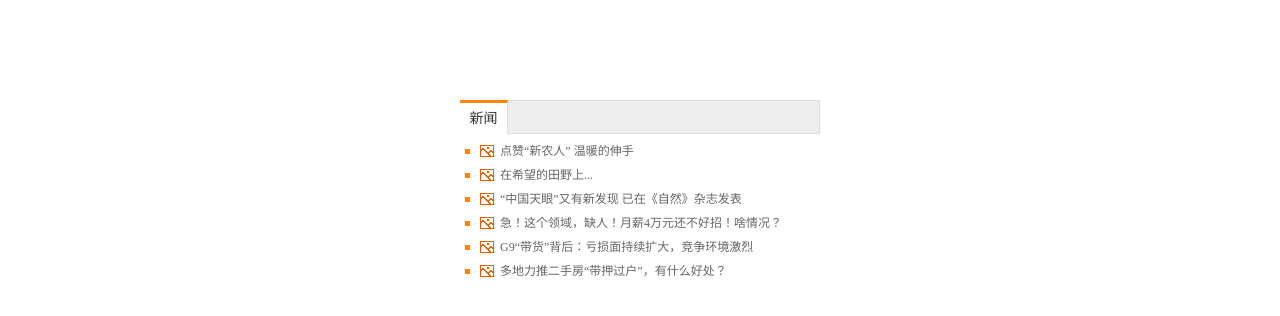
Repository: 2077Alex/Frond_End_Practice
Page: day05/00-课堂作业/20-综合案例二-新闻列表/新闻列表.html
These files come from the project's save history. The page is drawn as it stood at one moment and after the next save; the edit follows.
The browser window is 1280 px wide. The pictures show the whole page.

Above is the page before, as saved 2024-06-05 19:24:33.

After the next save:
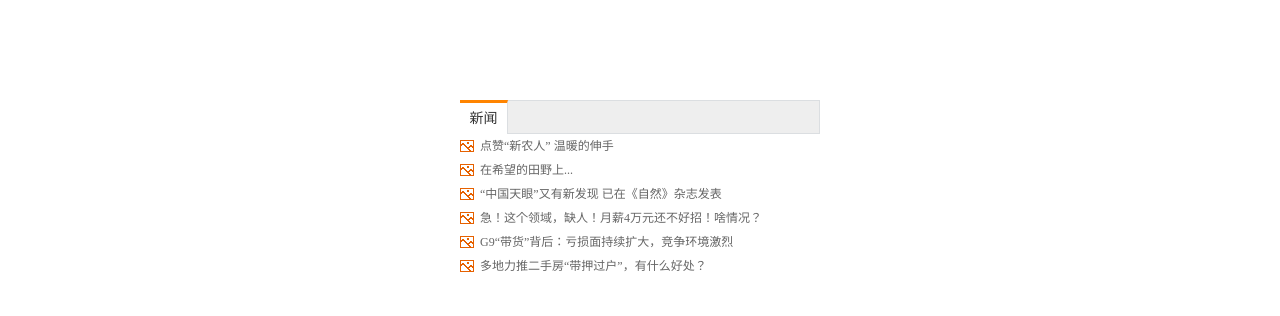
Saved 12 s later.
--- a/day05/00-课堂作业/20-综合案例二-新闻列表/新闻列表.html
+++ b/day05/00-课堂作业/20-综合案例二-新闻列表/新闻列表.html
@@ -52,8 +52,8 @@
         }
 
         .news .bd {
-            padding: 5px;
         }
+        padding: 5px;
 
         .news .bd li {
             padding-left: 15px;

After the save that followed:
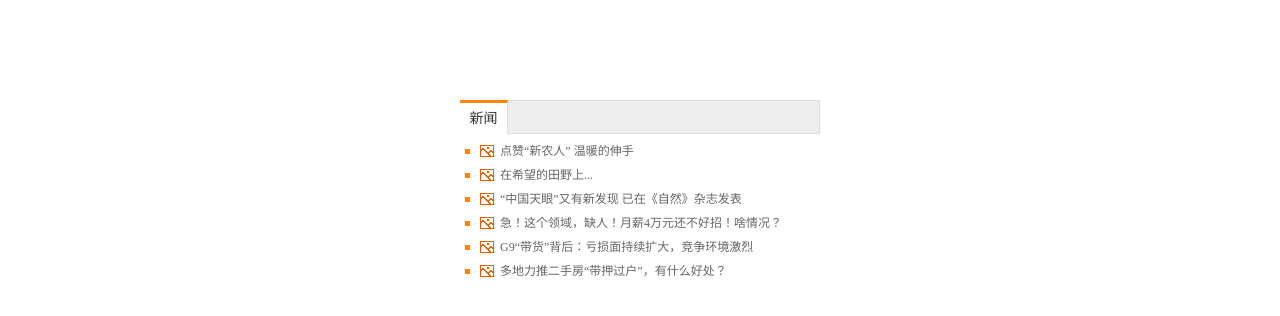
Saved 6 s later.
--- a/day05/00-课堂作业/20-综合案例二-新闻列表/新闻列表.html
+++ b/day05/00-课堂作业/20-综合案例二-新闻列表/新闻列表.html
@@ -52,8 +52,8 @@
         }
 
         .news .bd {
+            padding: 5px;
         }
-        padding: 5px;
 
         .news .bd li {
             padding-left: 15px;
